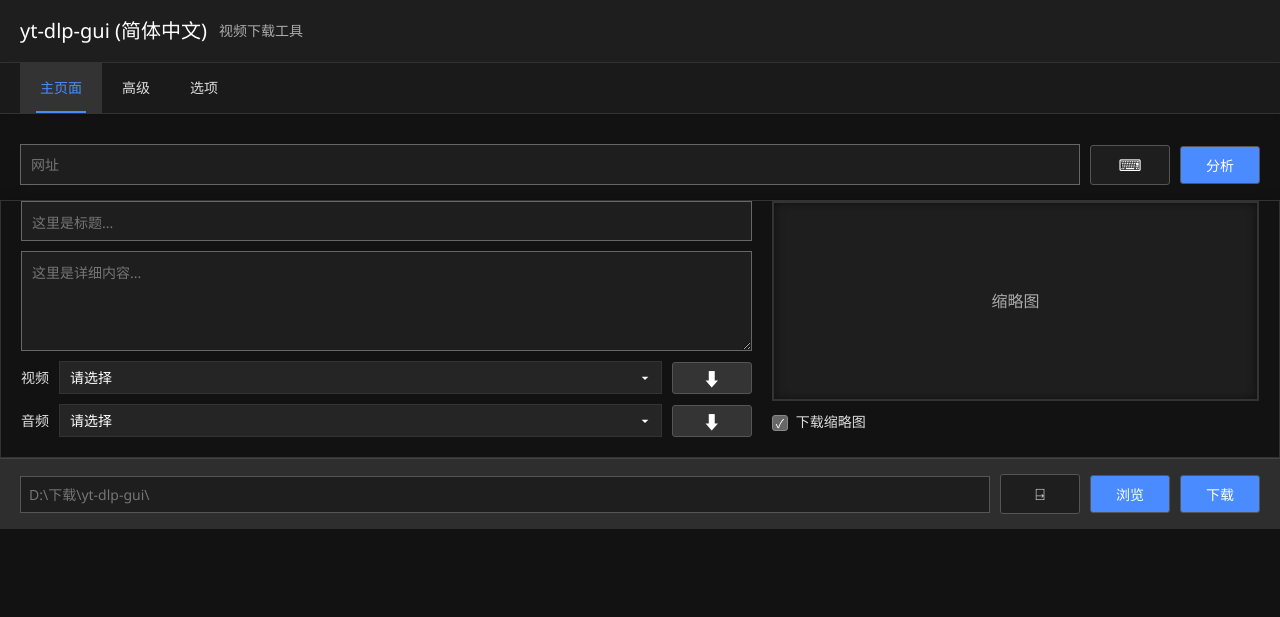
Repository: zArvin6808/yt-TubeSaver
Page: index.html
An editor plug-in stored every save of this project. The page is shown before and after the next save, followed by the edit.
The browser window is 1280 px wide. The pictures show the whole page.

Above is the page before, as saved 2025-06-07 16:13:03.

After the next save:
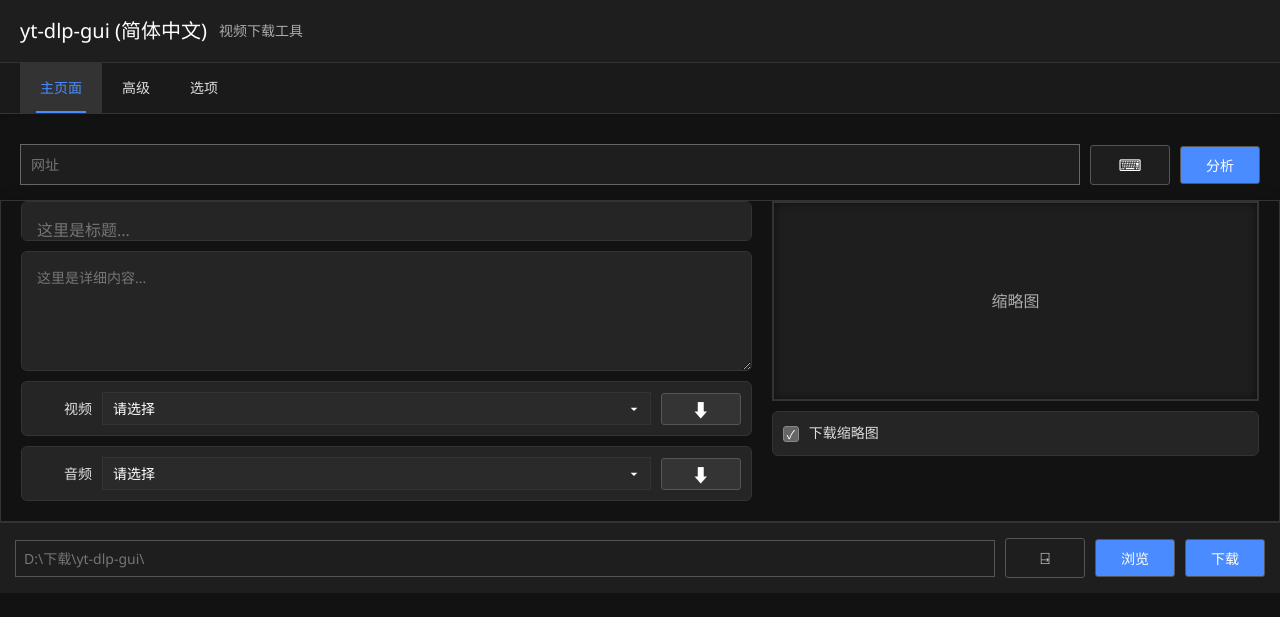
Saved 38 s later.
--- a/style.css
+++ b/style.css
@@ -630,6 +630,78 @@
     }
 
     /* 新增样式改进 */
+
+    /* 选择框组优化 */
+    .select-group {
+      display: flex;
+      align-items: center;
+      gap: 10px;
+      padding: 10px;
+      background-color: #252525;
+      border-radius: 6px;
+      border: 1px solid #333;
+    }
+
+    .select-group label {
+      font-weight: 500;
+      color: #e0e0e0;
+      min-width: 60px;
+    }
+
+    .select-group select {
+      flex: 1;
+      background-color: #2a2a2a;
+    }
+
+    /* 文本区域优化 */
+    .title-input, .content-textarea {
+      background-color: #252525;
+      border: 1px solid #333;
+      padding: 15px;
+      border-radius: 6px;
+      font-size: 14px;
+      transition: all 0.3s ease;
+    }
+
+    .title-input {
+      font-size: 16px;
+      font-weight: 500;
+    }
+
+    .content-textarea {
+      min-height: 120px;
+      resize: vertical;
+    }
+
+    /* 复选框优化 */
+    .checkbox-group {
+      display: flex;
+      align-items: center;
+      gap: 10px;
+      padding: 10px;
+      background-color: #252525;
+      border-radius: 6px;
+      border: 1px solid #333;
+    }
+
+    .checkbox-group input[type="checkbox"] {
+      width: 16px;
+      height: 16px;
+      accent-color: #4a8cff;
+    }
+
+    /* 路径栏优化 */
+    .path-bar {
+      display: flex;
+      gap: 10px;
+      padding: 15px;
+      background-color: #1e1e1e;
+      border-top: 1px solid #333;
+    }
+
+    .path-bar input {
+      flex: 1;
+    }
 
     /* 主内容区域增强 */
     .main {
